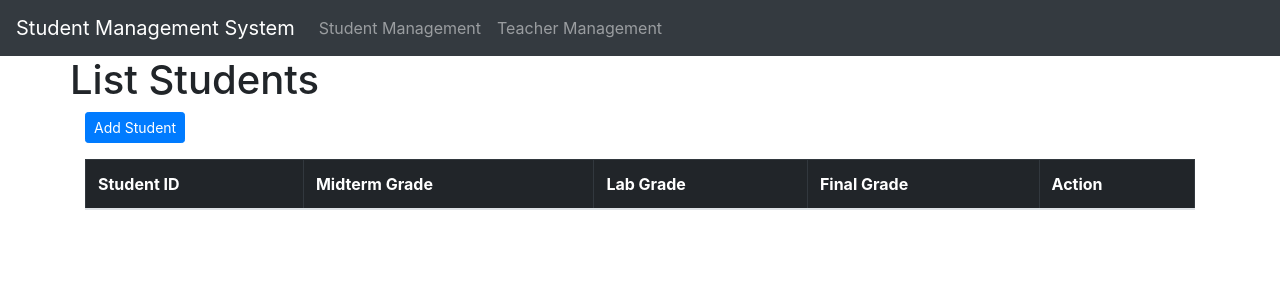
Repository: darshangwd8/JavaProjects
Page: http://localhost/grade-list
An editor plug-in stored every save of this project. The page is shown before and after the next save, followed by the edit.
The browser window is 1280 px wide. The pictures show the whole page.
The page is this project's Thymeleaf template; nobody is signed in. The template is opened directly, without the code that normally fills it, so the values that code supplies are empty.

Above is the page before, as saved 2023-05-30 18:47:26.

After the next save:
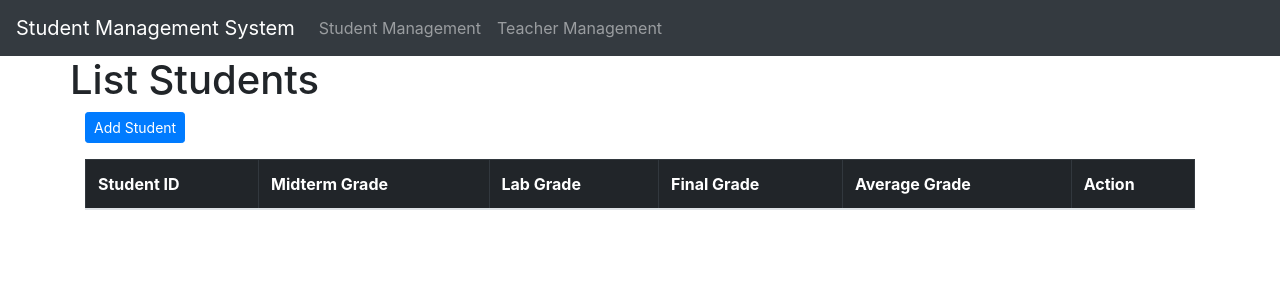
Saved 7 min 56 s later.
--- a/StudentDatabase/src/main/resources/templates/grade-list.html
+++ b/StudentDatabase/src/main/resources/templates/grade-list.html
@@ -48,6 +48,7 @@
 					<th> Midterm Grade</th>
 					<th> Lab Grade </th>
 					<th> Final Grade</th>
+					<th> Average Grade</th>
 					<th> Action  </th>
 				</tr>
 			</thead>
